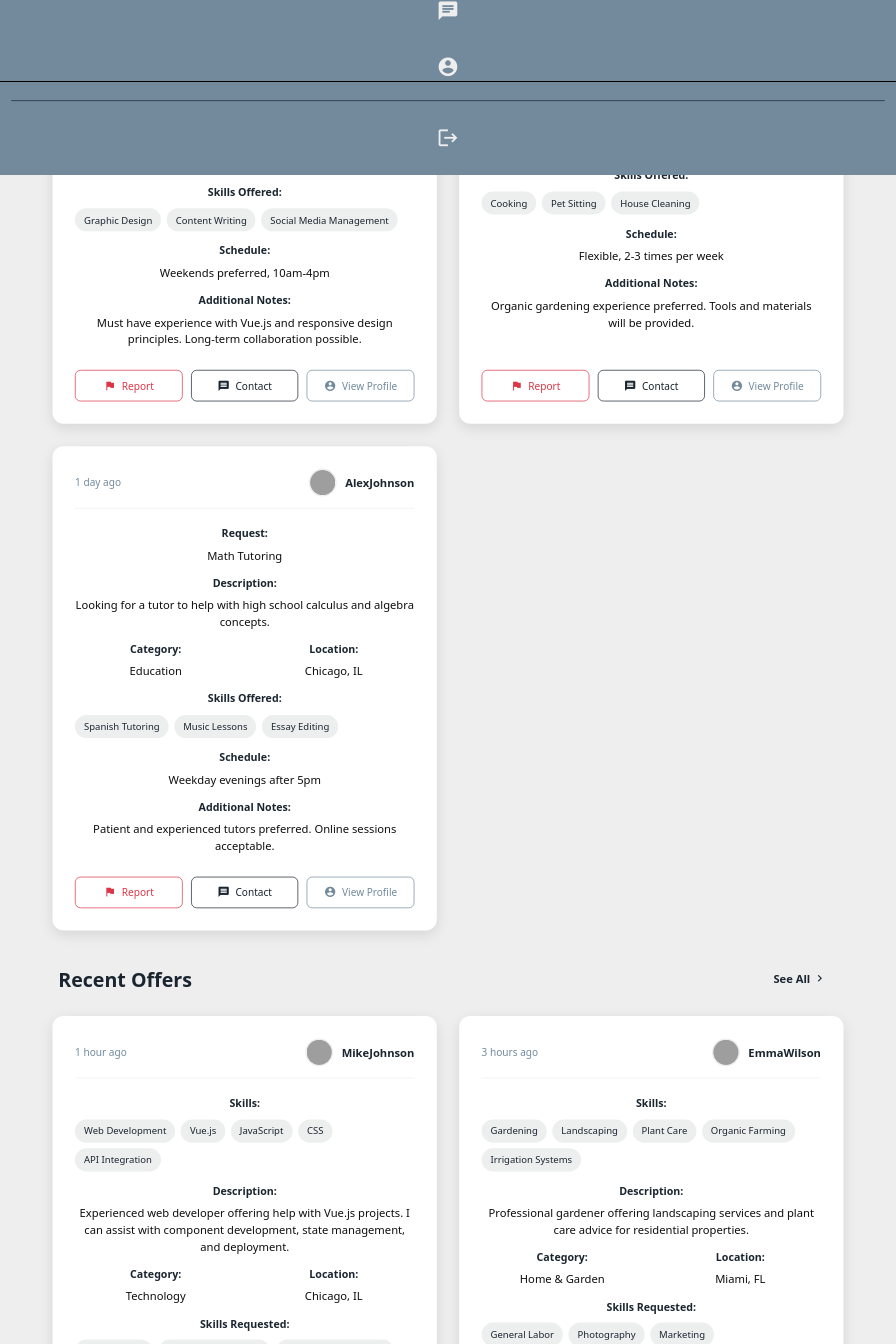
Repository: wholaanmo/news-snap
Page: /
The author's editor kept a copy of each file at every save. The page is drawn from the files as they stood at one save, then again after the next save.
The browser window is 1280 px wide. The pictures show the part of the page from y = 309 to 2229 px (the page is 3397 px tall), at 70% of full size.
Pictures or frames that could not be fetched are drawn as grey boxes. The project was rebuilt for these pictures with package versions that can differ from the ones it lists, and the page was loaded fresh each time.

Above is the page before, as saved 2025-09-30 23:34:22.

### index.html
<!doctype html>
<html lang="en">
  <head>
    <meta charset="UTF-8" />
    <link rel="icon" type="image/svg+xml" href="/vite.svg" />
    <meta name="viewport" content="width=device-width, initial-scale=1.0" />
    <title>CommuniTrade</title>
    <link href="https://fonts.googleapis.com/css2?family=Material+Icons"
      rel="stylesheet">
    <link href="https://fonts.googleapis.com/css2?family=Roboto:wght@400;700&display=swap" rel="stylesheet">
    <link href="https://fonts.googleapis.com/css2?family=Inter:wght@400;600&display=swap" rel="stylesheet">
  </head>
  <body>
    <div id="app"></div>
    <script type="module" src="/src/main.js"></script>
  </body>
</html>

### src/views/Home.vue
<template>
    <div class="dashboard">

      <!-- Requests Section -->
      <section class="requests-section">
        <div class="section-header">
          <h2>Recent Requests</h2>
          <button class="see-all-btn" @click="navigateToRequests">
            See All
            <span class="material-icons">chevron_right</span>
          </button>
        </div>

        <div class="cards-container">
          <div
            v-for="request in filteredRequests.slice(0, 3)"
            :key="request.id"
            class="request-card"
          >
            <!-- Card Header -->
            <div class="card-header">
              <span class="posted-time">{{ request.timePosted }}</span>
              <div class="user-info">
                <div class="profile-pic-container">
                  <img
                    :src="request.profilePic"
                    :alt="request.accountName"
                    class="profile-pic"
                    @error="handleImageError"
                  >
                </div>
                <span class="account-name">{{ request.accountName }}</span>
              </div>
            </div>

            <!-- Card Content -->
            <div class="card-content">
              <div class="detail-item">
                <label>Request:</label>
                <span class="detail-value">{{ request.request }}</span>
              </div>
              <div class="detail-item">
                <label>Description:</label>
                <span class="detail-value">{{ request.description }}</span>
              </div>
              <div class="detail-row">
                <div class="detail-item">
                  <label>Category:</label>
                  <span class="detail-value">{{ request.category }}</span>
                </div>
                <div class="detail-item">
                  <label>Location:</label>
                  <span class="detail-value">{{ request.location }}</span>
                </div>
              </div>
              <div class="detail-item">
                <label>Skills Offered:</label>
                <div class="skills-tags">
                  <span
                    v-for="skill in request.skillsOffered"
                    :key="skill"
                    class="skill-tag"
                  >
                    {{ skill }}
                  </span>
                </div>
              </div>
              <div class="detail-item">
                <label>Schedule:</label>
                <span class="detail-value">{{ request.schedule }}</span>
              </div>
              <div class="detail-item">
                <label>Additional Notes:</label>
                <span class="detail-value">{{ request.additionalNotes }}</span>
              </div>
            </div>

            <!-- Card Actions -->
            <div class="card-actions">
              <button class="btn report-btn">
                <span class="material-icons">flag</span>
                Report
              </button>
              <button class="btn contact-btn">
                <span class="material-icons">message</span>
                Contact
              </button>
              <button class="btn profile-btn">
                <span class="material-icons">account_circle</span>
                View Profile
              </button>
            </div>
          </div>
        </div>
      </section>

      <!-- Offers Section -->
      <section class="offers-section">
        <div class="section-header">
          <h2>Recent Offers</h2>
          <button class="see-all-btn" @click="navigateToOffers">
            See All
            <span class="material-icons">chevron_right</span>
          </button>
        </div>

        <div class="cards-container">
          <div
            v-for="offer in filteredOffers.slice(0, 3)"
            :key="offer.id"
            class="offer-card"
          >
            <!-- Card Header -->
            <div class="card-header">
              <span class="posted-time">{{ offer.timePosted }}</span>
              <div class="user-info">
                <div class="profile-pic-container">
                  <img
                    :src="offer.profilePic"
                    :alt="offer.accountName"
                    class="profile-pic"
                    @error="handleImageError"
                  >
                </div>
                <span class="account-name">{{ offer.accountName }}</span>
              </div>
            </div>

            <!-- Card Content -->
            <div class="card-content">
              <div class="detail-item">
                <label>Skills:</label>
                <div class="skills-tags">
                  <span
                    v-for="skill in offer.skills"
                    :key="skill"
                    class="skill-tag"
                  >
                    {{ skill }}
                  </span>
                </div>
              </div>
              <div class="detail-item">
                <label>Description:</label>
                <span class="detail-value">{{ offer.description }}</span>
              </div>
              <div class="detail-row">
                <div class="detail-item">
                  <label>Category:</label>
                  <span class="detail-value">{{ offer.category }}</span>
                </div>
                <div class="detail-item">
                  <label>Location:</label>
                  <span class="detail-value">{{ offer.location }}</span>
                </div>
              </div>
              <div class="detail-item">
                <label>Skills Requested:</label>
                <div class="skills-tags">
                  <span
                    v-for="skill in offer.skillsRequested"
                    :key="skill"
                    class="skill-tag"
                  >
                    {{ skill }}
                  </span>
                </div>
              </div>
              <div class="detail-item">
                <label>Schedule:</label>
                <span class="detail-value">{{ offer.schedule }}</span>
              </div>
              <div class="detail-item">
                <label>Additional Notes:</label>
                <span class="detail-value">{{ offer.additionalNotes }}</span>
              </div>
            </div>

            <!-- Card Actions -->
            <div class="card-actions">
              <button class="btn report-btn">
                <span class="material-icons">flag</span>
                Report
              </button>
              <button class="btn contact-btn">
                <span class="material-icons">message</span>
                Contact
              </button>
              <button class="btn profile-btn">
                <span class="material-icons">account_circle</span>
                View Profile
              </button>
            </div>
          </div>
        </div>
      </section>
    </div>
  </template>

  <script setup>
  import { ref, computed } from 'vue'
  import { useRouter } from 'vue-router'

  const router = useRouter()
  const searchQuery = ref('')

  // Sample data for requests with profile pictures
  const requests = ref([
    {
      id: 1,
      accountName: 'JohnDoe',
      profilePic: 'https://images.unsplash.com/photo-1472099645785-5658abf4ff4e?w=150&h=150&fit=crop&crop=face',
      timePosted: '2 hours ago',
      request: 'Web Development Help',
      description: 'Need help building a responsive website for my small business. Looking for someone with experience in modern web technologies.',
      category: 'Technology',
      location: 'New York, NY',
      skillsOffered: ['Graphic Design', 'Content Writing', 'Social Media Management'],
      schedule: 'Weekends preferred, 10am-4pm',
      additionalNotes: 'Must have experience with Vue.js and responsive design principles. Long-term collaboration possible.'
    },
    {
      id: 2,
      accountName: 'SarahSmith',
      profilePic: 'https://images.unsplash.com/photo-1494790108755-2616b612b786?w=150&h=150&fit=crop&crop=face',
      timePosted: '5 hours ago',
      request: 'Gardening Assistance',
      description: 'Help with backyard garden maintenance and planting seasonal flowers and vegetables.',
      category: 'Home & Garden',
      location: 'Los Angeles, CA',
      skillsOffered: ['Cooking', 'Pet Sitting', 'House Cleaning'],
      schedule: 'Flexible, 2-3 times per week',
      additionalNotes: 'Organic gardening experience preferred. Tools and materials will be provided.'
    },
    {
      id: 3,
      accountName: 'AlexJohnson',
      profilePic: 'https://images.unsplash.com/photo-1507003211169-0a1dd7228f2d?w=150&h=150&fit=crop&crop=face',
      timePosted: '1 day ago',
      request: 'Math Tutoring',
      description: 'Looking for a tutor to help with high school calculus and algebra concepts.',
      category: 'Education',
      location: 'Chicago, IL',
      skillsOffered: ['Spanish Tutoring', 'Music Lessons', 'Essay Editing'],
      schedule: 'Weekday evenings after 5pm',
      additionalNotes: 'Patient and experienced tutors preferred. Online sessions acceptable.'
    }
  ])

  // Sample data for offers with profile pictures
  const offers = ref([
    {
      id: 1,
      accountName: 'MikeJohnson',
      profilePic: 'https://images.unsplash.com/photo-1500648767791-00dcc994a43e?w=150&h=150&fit=crop&crop=face',
      timePosted: '1 hour ago',
      skills: ['Web Development', 'Vue.js', 'JavaScript', 'CSS', 'API Integration'],
      description: 'Experienced web developer offering help with Vue.js projects. I can assist with component development, state management, and deployment.',
      category: 'Technology',
      location: 'Chicago, IL',
      skillsRequested: ['UI/UX Design', 'Project Management', 'Backend Development'],
      schedule: 'Evenings and weekends, flexible hours',
      additionalNotes: '5+ years of experience. Portfolio available upon request.'
    },
    {
      id: 2,
      accountName: 'EmmaWilson',
      profilePic: 'https://images.unsplash.com/photo-1438761681033-6461ffad8d80?w=150&h=150&fit=crop&crop=face',
      timePosted: '3 hours ago',
      skills: ['Gardening', 'Landscaping', 'Plant Care', 'Organic Farming', 'Irrigation Systems'],
      description: 'Professional gardener offering landscaping services and plant care advice for residential properties.',
      category: 'Home & Garden',
      location: 'Miami, FL',
      skillsRequested: ['General Labor', 'Photography', 'Marketing'],
      schedule: 'Weekdays only, 9am-5pm',
      additionalNotes: 'Specialized in tropical plants and sustainable gardening practices.'
    },
    {
      id: 3,
      accountName: 'DavidChen',
      profilePic: 'https://images.unsplash.com/photo-1519244703995-f4e0f30006d5?w=150&h=150&fit=crop&crop=face',
      timePosted: '6 hours ago',
      skills: ['Math Tutoring', 'Test Preparation', 'Online Teaching', 'Curriculum Development'],
      description: 'Certified math teacher offering tutoring services for middle school and high school students.',
      category: 'Education',
      location: 'Boston, MA',
      skillsRequested: ['English Tutoring', 'Computer Skills', 'Study Techniques'],
      schedule: 'Afternoons and weekends',
      additionalNotes: 'Patient and experienced with students of all learning styles. Remote sessions available.'
    }
  ])

  // Computed properties for filtered data
  const filteredRequests = computed(() => {
    if (!searchQuery.value) return requests.value
    const query = searchQuery.value.toLowerCase()
    return requests.value.filter(request =>
      request.request.toLowerCase().includes(query) ||
      request.description.toLowerCase().includes(query) ||
      request.category.toLowerCase().includes(query) ||
      request.location.toLowerCase().includes(query) ||
      request.skillsOffered.some(skill => skill.toLowerCase().includes(query))
    )
  })

  const filteredOffers = computed(() => {
    if (!searchQuery.value) return offers.value
    const query = searchQuery.value.toLowerCase()
    return offers.value.filter(offer =>
      offer.skills.some(skill => skill.toLowerCase().includes(query)) ||
      offer.description.toLowerCase().includes(query) ||
      offer.category.toLowerCase().includes(query) ||
      offer.location.toLowerCase().includes(query) ||
      offer.skillsRequested.some(skill => skill.toLowerCase().includes(query))
    )
  })

  // Navigation methods
  const navigateToRequests = () => {
    router.push('/requests')
  }

  const navigateToOffers = () => {
    router.push('/offers')
  }

  const handleSearch = () => {
    // Search is handled by computed properties
  }

  // Handle broken image links
  const handleImageError = (event) => {
    event.target.src = 'data:[embedded picture, 506 characters]'
  }
  </script>

  <style scoped>
  .dashboard {
    padding: 2rem;
    max-width: 1400px;
    margin: 0 auto;
  }

  /* Search Bar Styles - Made Longer */
  .search-container {
    margin-bottom: 3rem;
    display: flex;
    justify-content: center;
  }

  .search-bar {
    display: flex;
    align-items: center;
    background: white;
    border-radius: 50px;
    padding: 0.75rem 1.5rem;
    box-shadow: 0 2px 10px rgba(0, 0, 0, 0.1);
    border: 2px solid var(--grey);
    transition: border-color 0.3s ease;
    width: 100%;
    max-width: 800px; /* Longer search bar */
  }

  .search-bar:focus-within {
    border-color: var(--primary);
  }

  .search-bar .material-icons {
    color: var(--grey);
    margin-right: 0.5rem;
  }

  .search-bar input {
    flex: 1;
    border: none;
    outline: none;
    font-size: 1rem;
    background: transparent;
    width: 100%;
  }

  .search-bar input::placeholder {
    color: var(--grey);
  }

  /* Section Header Styles */
  .section-header {
    display: flex;
    justify-content: space-between;
    align-items: center;
    margin-bottom: 2rem;
    padding: 0 0.5rem;
  }

  .section-header h2 {
    color: var(--primary);
    font-size: 1.75rem;
    font-weight: 600;
  }

  .see-all-btn {
    display: flex;
    align-items: center;
    color: var(--primary);
    font-weight: 600;
    font-size: 1rem;
    transition: color 0.3s ease;
    padding: 0.5rem 1rem;
    border-radius: 6px;
    white-space: nowrap;
  }

  .see-all-btn:hover {
    color: var(--dark);
    background-color: rgba(26, 37, 48, 0.05);
  }

  .see-all-btn .material-icons {
    font-size: 1.2rem;
    margin-left: 0.25rem;
  }

  /* Cards Container - Grid Layout */
  .cards-container {
    display: grid;
    grid-template-columns: repeat(auto-fit, minmax(380px, 1fr));
    gap: 2rem;
    margin-bottom: 3rem;
  }

  /* Card Styles */
  .request-card,
  .offer-card {
    background: white;
    border-radius: 16px;
    padding: 2rem;
    box-shadow: 0 6px 20px rgba(0, 0, 0, 0.1);
    transition: transform 0.3s ease, box-shadow 0.3s ease;
    min-height: 580px;
    display: flex;
    flex-direction: column;
  }

  .request-card:hover,
  .offer-card:hover {
    transform: translateY(-4px);
    box-shadow: 0 12px 25px rgba(0, 0, 0, 0.15);
  }

  /* Card Header Styles with Profile Picture */
  .card-header {
    display: flex;
    justify-content: space-between;
    align-items: center;
    margin-bottom: 1.5rem;
    padding-bottom: 1rem;
    border-bottom: 1px solid var(--light);
  }

  .posted-time {
    color: var(--grey);
    font-size: 0.9rem;
  }

  .user-info {
    display: flex;
    align-items: center;
    gap: 0.75rem;
  }

  .profile-pic-container {
    width: 40px;
    height: 40px;
    border-radius: 50%;
    overflow: hidden;
    border: 2px solid var(--light);
    flex-shrink: 0;
  }

  .profile-pic {
    width: 100%;
    height: 100%;
    object-fit: cover;
  }

  .account-name {
    color: var(--primary);
    font-weight: 600;
    font-size: 1rem;
  }

  /* Card Content Styles */
  .card-content {
    margin-bottom: 2rem;
    flex: 1;
    display: flex;
    flex-direction: column;
    gap: 1rem;
  }

  .detail-item {
    display: flex;
    flex-direction: column;
    gap: 0.5rem;
  }

  .detail-item label {
    font-weight: 600;
    color: var(--primary);
    font-size: 0.95rem;
  }

  .detail-value {
    color: var(--dark);
    font-size: 1rem;
    line-height: 1.5;
  }

  .detail-row {
    display: flex;
    gap: 1.5rem;
  }

  .detail-row .detail-item {
    flex: 1;
  }

  /* Skills Tags Styles */
  .skills-tags {
    display: flex;
    flex-wrap: wrap;
    gap: 0.5rem;
    margin-top: 0.25rem;
  }

  .skill-tag {
    background-color: rgba(26, 37, 48, 0.08);
    color: var(--primary);
    padding: 0.4rem 0.8rem;
    border-radius: 20px;
    font-size: 0.85rem;
    font-weight: 500;
  }

  /* Card Actions Styles */
  .card-actions {
    display: flex;
    gap: 0.75rem;
    flex-wrap: wrap;
    margin-top: auto;
  }

  .btn {
    display: flex;
    align-items: center;
    padding: 0.75rem 1.25rem;
    border-radius: 8px;
    font-size: 0.9rem;
    font-weight: 500;
    transition: all 0.3s ease;
    border: 1px solid transparent;
    flex: 1;
    justify-content: center;
    min-width: 110px;
  }

  .btn .material-icons {
    font-size: 1.1rem;
    margin-right: 0.5rem;
  }

  .report-btn {
    color: #dc3545;
    border-color: #dc3545;
  }

  .report-btn:hover {
    background-color: #dc3545;
    color: white;
  }

  .contact-btn {
    color: var(--primary);
    border-color: var(--primary);
  }

  .contact-btn:hover {
    background-color: var(--primary);
    color: white;
  }

  .profile-btn {
    color: var(--grey);
    border-color: var(--grey);
  }

  .profile-btn:hover {
    background-color: var(--grey);
    color: white;
  }

  /* Responsive Design */
  @media (max-width: 1200px) {
    .cards-container {
      grid-template-columns: repeat(auto-fit, minmax(350px, 1fr));
    }
  }

  @media (max-width: 768px) {
    .dashboard {
      padding: 1rem;
    }

    .search-bar {
      max-width: 100%;
    }

    .cards-container {
      grid-template-columns: 1fr;
      gap: 1.5rem;
    }

    .section-header {
      flex-direction: column;
      align-items: flex-start;
      gap: 0.75rem;
    }

    .request-card,
    .offer-card {
      padding: 1.5rem;
      min-height: auto;
    }

    .card-actions {
      flex-direction: column;
    }

    .detail-row {
      flex-direction: column;
      gap: 1rem;
    }

    .btn {
      min-width: auto;
    }
  }

  @media (max-width: 480px) {
    .request-card,
    .offer-card {
      padding: 1.25rem;
    }

    .search-bar {
      padding: 0.6rem 1.25rem;
    }

    .card-header {
      flex-direction: column;
      align-items: flex-start;
      gap: 0.75rem;
    }

    .user-info {
      align-self: flex-end;
    }
  }
  </style>

Loaded but not shown: src/style.css (common file); src/main.js (57 lines, source omitted); src/components/Sidebar.vue (236 lines, source omitted); src/App.vue (104 lines, source omitted); src/components/Navbar.vue (122 lines, source omitted)

After the next save:
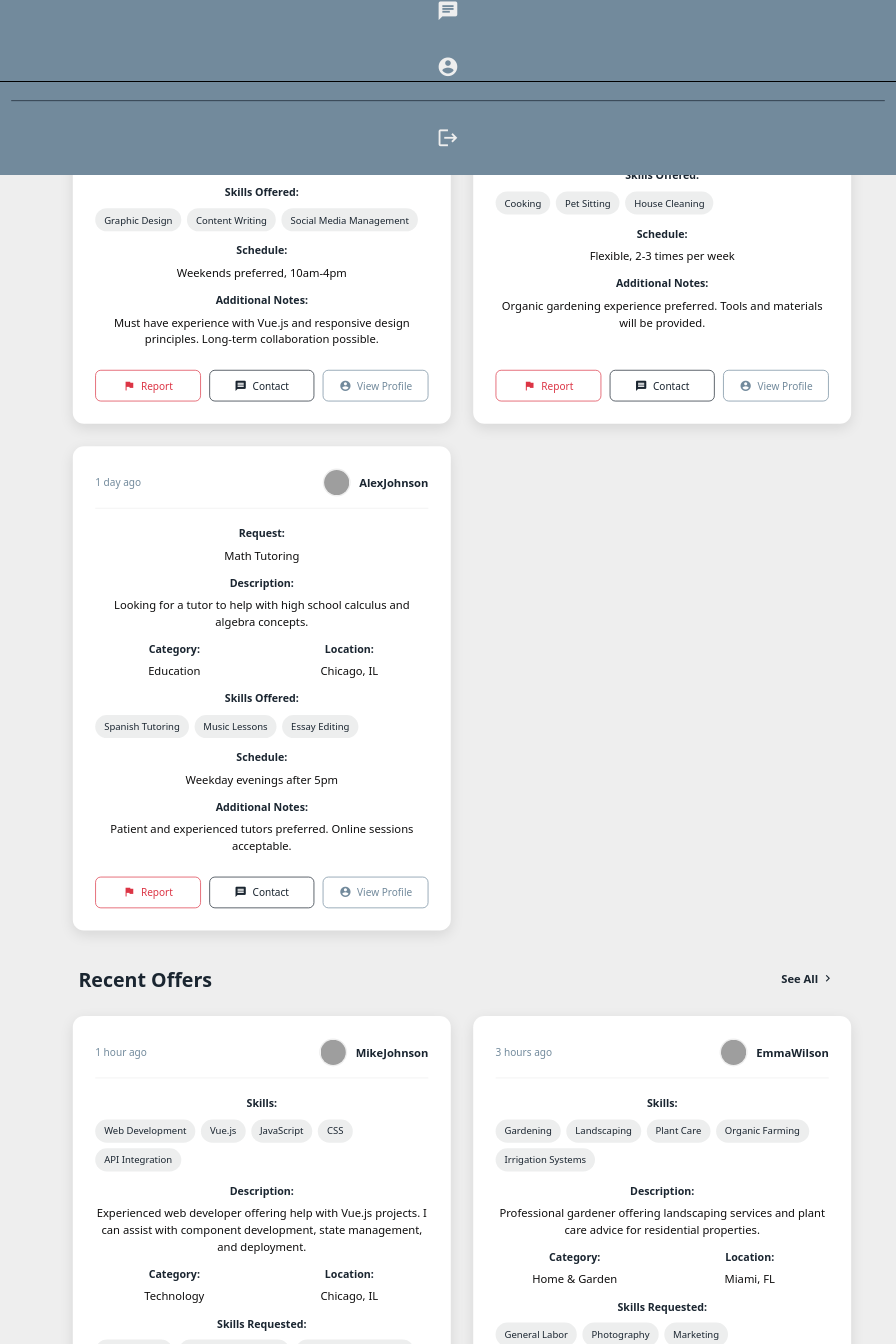
Saved 5 min 56 s later.
--- a/src/views/Home.vue
+++ b/src/views/Home.vue
@@ -1,6 +1,5 @@
 <template>
     <div class="dashboard">
-
       <!-- Requests Section -->
       <section class="requests-section">
         <div class="section-header">
@@ -324,10 +323,6 @@
     router.push('/offers')
   }
 
-  const handleSearch = () => {
-    // Search is handled by computed properties
-  }
-
   // Handle broken image links
   const handleImageError = (event) => {
     event.target.src = 'data:[embedded picture, 506 characters]'
@@ -339,48 +334,7 @@
     padding: 2rem;
     max-width: 1400px;
     margin: 0 auto;
-  }
-
-  /* Search Bar Styles - Made Longer */
-  .search-container {
-    margin-bottom: 3rem;
-    display: flex;
-    justify-content: center;
-  }
-
-  .search-bar {
-    display: flex;
-    align-items: center;
-    background: white;
-    border-radius: 50px;
-    padding: 0.75rem 1.5rem;
-    box-shadow: 0 2px 10px rgba(0, 0, 0, 0.1);
-    border: 2px solid var(--grey);
-    transition: border-color 0.3s ease;
-    width: 100%;
-    max-width: 800px; /* Longer search bar */
-  }
-
-  .search-bar:focus-within {
-    border-color: var(--primary);
-  }
-
-  .search-bar .material-icons {
-    color: var(--grey);
-    margin-right: 0.5rem;
-  }
-
-  .search-bar input {
-    flex: 1;
-    border: none;
-    outline: none;
-    font-size: 1rem;
-    background: transparent;
-    width: 100%;
-  }
-
-  .search-bar input::placeholder {
-    color: var(--grey);
+    margin-left: 2rem; /* Added left margin */
   }
 
   /* Section Header Styles */
@@ -390,6 +344,7 @@
     align-items: center;
     margin-bottom: 2rem;
     padding: 0 0.5rem;
+    margin-left: 0.5rem; /* Added left margin */
   }
 
   .section-header h2 {
@@ -426,6 +381,7 @@
     grid-template-columns: repeat(auto-fit, minmax(380px, 1fr));
     gap: 2rem;
     margin-bottom: 3rem;
+    margin-left: 0.5rem; /* Added left margin */
   }
 
   /* Card Styles */
@@ -609,21 +565,20 @@
   @media (max-width: 768px) {
     .dashboard {
       padding: 1rem;
-    }
-
-    .search-bar {
-      max-width: 100%;
+      margin-left: 1rem; /* Adjusted left margin for mobile */
     }
 
     .cards-container {
       grid-template-columns: 1fr;
       gap: 1.5rem;
+      margin-left: 0; /* Remove left margin on mobile for full width */
     }
 
     .section-header {
       flex-direction: column;
       align-items: flex-start;
       gap: 0.75rem;
+      margin-left: 0; /* Remove left margin on mobile */
     }
 
     .request-card,
@@ -647,13 +602,13 @@
   }
 
   @media (max-width: 480px) {
+    .dashboard {
+      margin-left: 0.5rem; /* Smaller left margin on very small screens */
+    }
+
     .request-card,
     .offer-card {
       padding: 1.25rem;
-    }
-
-    .search-bar {
-      padding: 0.6rem 1.25rem;
     }
 
     .card-header {
